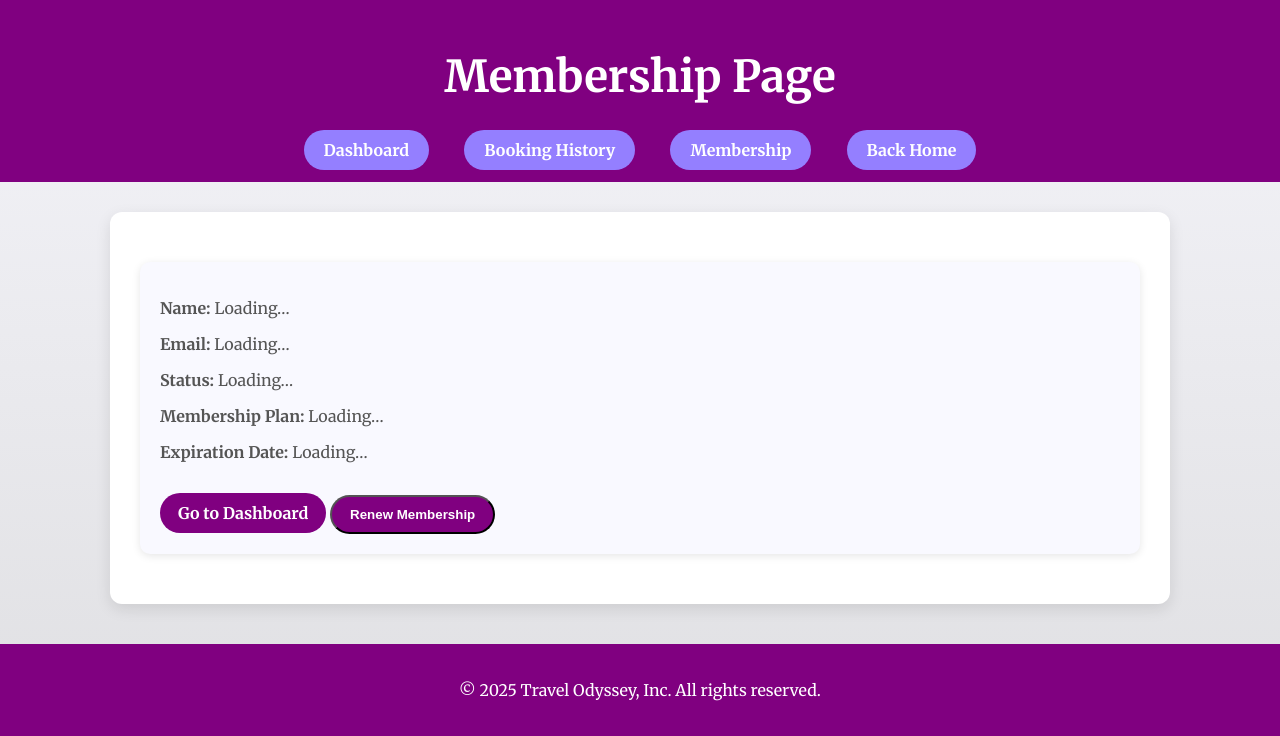
Repository: GHzPhoenix/Project-Odyssey
Page: Frontend/membership-confirmation.html
The author's editor kept a copy of each file at every save. The page is drawn from the files as they stood at one save, then again after the next save.
The browser window is 1280 px wide. The pictures show the whole page.

Above is the page before, as saved 2025-06-08 11:17:17.
Console error (its wording comes from the project's code and is left out).

After the next save:
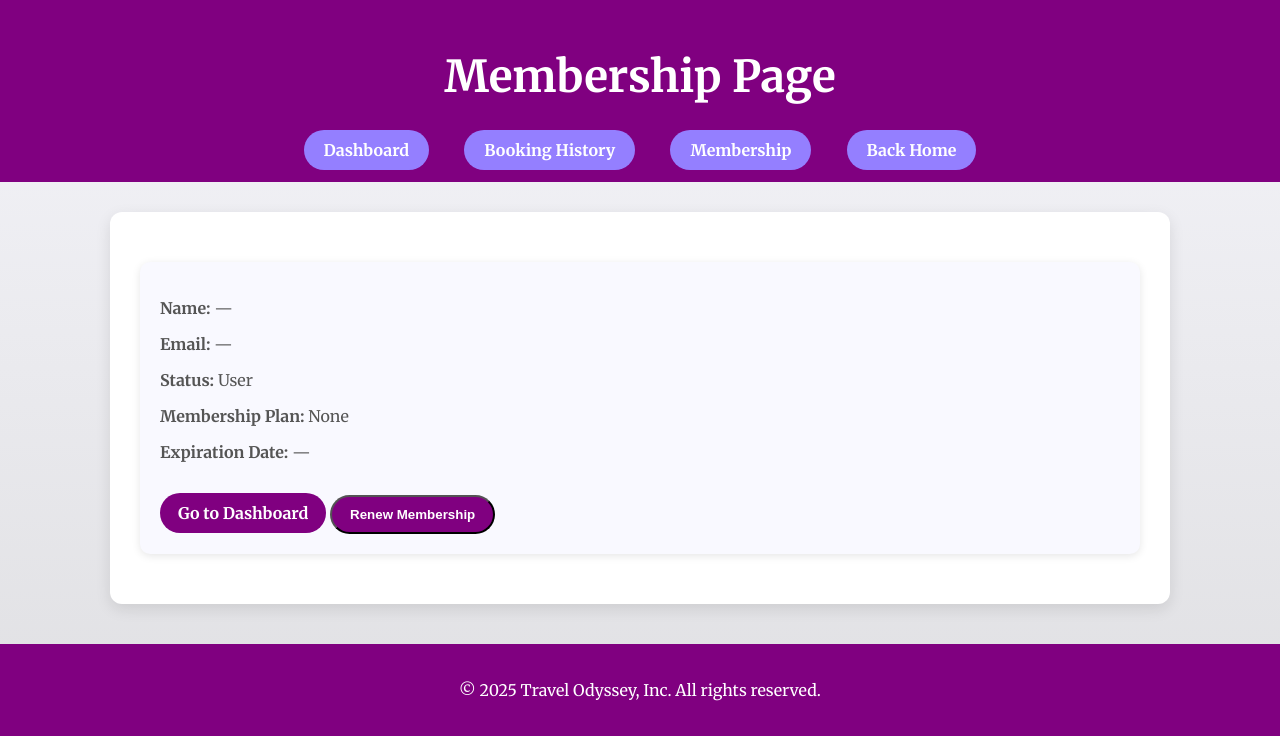
The error is gone.
Saved 110 s later.
--- a/Frontend/membership-confirmation.html
+++ b/Frontend/membership-confirmation.html
@@ -57,50 +57,40 @@
     </footer>
 
     <script>
-          function toggleMenu() {
-            document.querySelector(".nav-menu").classList.toggle("active");
-          }
+      function toggleMenu() {
+        document.querySelector(".nav-menu").classList.toggle("active");
+      }
 
-          document.addEventListener("DOMContentLoaded", () => {
-            const user = JSON.parse(localStorage.getItem("user") || "{}");
-            const membershipType = localStorage.getItem("membershipType");
-            const membershipExpires = localStorage.getItem("membershipExpires");
+      document.addEventListener("DOMContentLoaded", () => {
+        const user = JSON.parse(localStorage.getItem("user") || "{}");
+        const membershipType = localStorage.getItem("membershipType");
+        const membershipExpires = localStorage.getItem("membershipExpires");
 
-            document.getElementById("user-name").textContent = user.name || "—";
-            document.getElementById("user-email").textContent = user.email || "—";
+        document.getElementById("user-name").textContent = user.name || "—";
+        document.getElementById("user-email").textContent = user.email || "—";
 
-            const statusEl = document.getElementById("user-status");
-            if (membershipType) {
-              statusEl.textContent = "Member";
-            } else if (user.role === "admin") {
-              statusEl.textContent = "Admin";
-            } else {
-              statusEl.textContent = "User";
-            }
+        const statusEl = document.getElementById("user-status");
+        if (membershipType) {
+          statusEl.textContent = "Member";
+        } else if (user.role === "admin") {
+          statusEl.textContent = "Admin";
+        } else {
+          statusEl.textContent = "User";
+        }
 
-            document.getElementById("membership-type").textContent =
-              membershipType || "None";
-            document.getElementById("membership-expiration").textContent =
-              membershipExpires || "—";
+        document.getElementById("membership-type").textContent =
+          membershipType || "None";
+        document.getElementById("membership-expiration").textContent =
+          membershipExpires || "—";
 
-            const renewBtn = document.getElementById("renew-button");
-            const msgEl = document.getElementById("renew-message");
+        const feeMap = {
+          "Premium Plan": 100,
+          "Basic Plan": 50,
+          "Air Plan": 30,
+        };
 
-            renewBtn.addEventListener("click", async () => {
-              msgEl.textContent = "";
-              msgEl.className = "message";
-              const feeMap = {
-                "Premium Plan": 100,
-                "Basic Plan": 50,
-                "Air Plan": 30,
-              };
-              const token = localStorage.getItem("token");
-              if (!token) {
-                msgEl.textContent = "You must be logged in to renew.";
-                msgEl.classList.add("error");
-                return;
-              }
-
+        const renewBtn = document.getElementById("renew-button");
+        const msgEl = document.getElementById("renew-message");
 
         renewBtn.addEventListener("click", async () => {
           msgEl.textContent = "";
@@ -109,12 +99,8 @@
           const plan = membershipType || "Premium Plan";
           const fee = feeMap[plan] || 0;
 
-          // 1) Ask the user to confirm the fee
-          if (!confirm(`Renew your ${plan} for €${fee}?`)) {
-            return; // user cancelled
-          }
+          if (!confirm(`Renew your ${plan} for €${fee}?`)) return;
 
-          // 2) Proceed with the existing renewal logic
           const token = localStorage.getItem("token");
           if (!token) {
             msgEl.textContent = "You must be logged in to renew.";
@@ -126,24 +112,27 @@
           renewBtn.textContent = "Renewing…";
 
           try {
-            const res = await fetch("http://127.0.0.1:5001/api/membership/renew", {
-              method: "POST",
-              headers: {
-                "Content-Type": "application/json",
-                "Authorization": "Bearer " + token
+            const res = await fetch(
+              "http://127.0.0.1:5001/api/membership/renew",
+              {
+                method: "POST",
+                headers: {
+                  "Content-Type": "application/json",
+                  Authorization: "Bearer " + token,
+                },
               }
-            });
-
+            );
             const data = await res.json();
             if (!res.ok) throw new Error(data.error || "Renewal failed");
 
-            // Update localStorage & UI with new expiration
             localStorage.setItem("membershipExpires", data.expiresAt);
             if (data.membershipType) {
               localStorage.setItem("membershipType", data.membershipType);
-              document.getElementById("membership-type").textContent = data.membershipType;
+              document.getElementById("membership-type").textContent =
+                data.membershipType;
             }
-            document.getElementById("membership-expiration").textContent = data.expiresAt;
+            document.getElementById("membership-expiration").textContent =
+              data.expiresAt;
 
             msgEl.textContent = "Membership successfully renewed!";
             msgEl.classList.add("success");
@@ -157,44 +146,6 @@
           }
         });
       });
-              try {
-                const res = await fetch(
-                  "http://127.0.0.1:5001/api/membership/renew",
-                  {
-                    method: "POST",
-                    headers: {
-                      "Content-Type": "application/json",
-                      Authorization: "Bearer " + token,
-                    },
-                  }
-                );
-
-                const data = await res.json();
-                if (!res.ok) {
-                  throw new Error(data.error || "Renewal failed");
-                }
-
-                localStorage.setItem("membershipExpires", data.expiresAt);
-                if (data.membershipType) {
-                  localStorage.setItem("membershipType", data.membershipType);
-                  document.getElementById("membership-type").textContent =
-                    data.membershipType;
-                }
-                document.getElementById("membership-expiration").textContent =
-                  data.expiresAt;
-
-                msgEl.textContent = "Membership successfully renewed!";
-                msgEl.classList.add("success");
-              } catch (err) {
-                console.error("Renew error:", err);
-                msgEl.textContent = err.message;
-                msgEl.classList.add("error");
-              } finally {
-                renewBtn.disabled = false;
-                renewBtn.textContent = "Renew Membership";
-              }
-            });
-          });
     </script>
   </body>
 </html>
